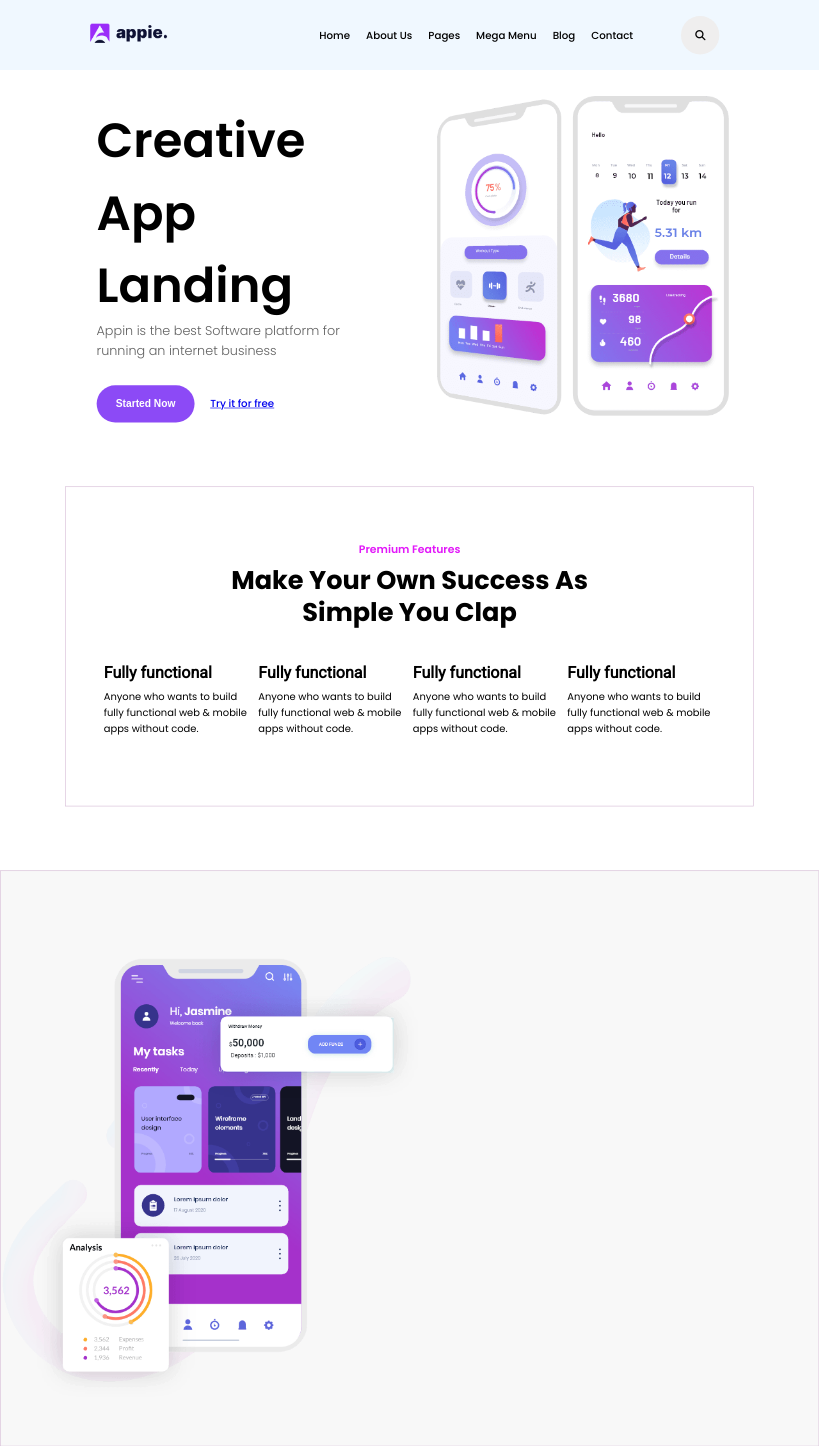
Repository: northpx/landingpage
Page: index.html
An editor plug-in stored every save of this project. The page is shown before and after the next save, followed by the edit.
The browser window is 1280 px wide. The pictures show the whole page, at 64% of full size.

Above is the page before, as saved 2022-12-28 15:33:48.

After the next save:
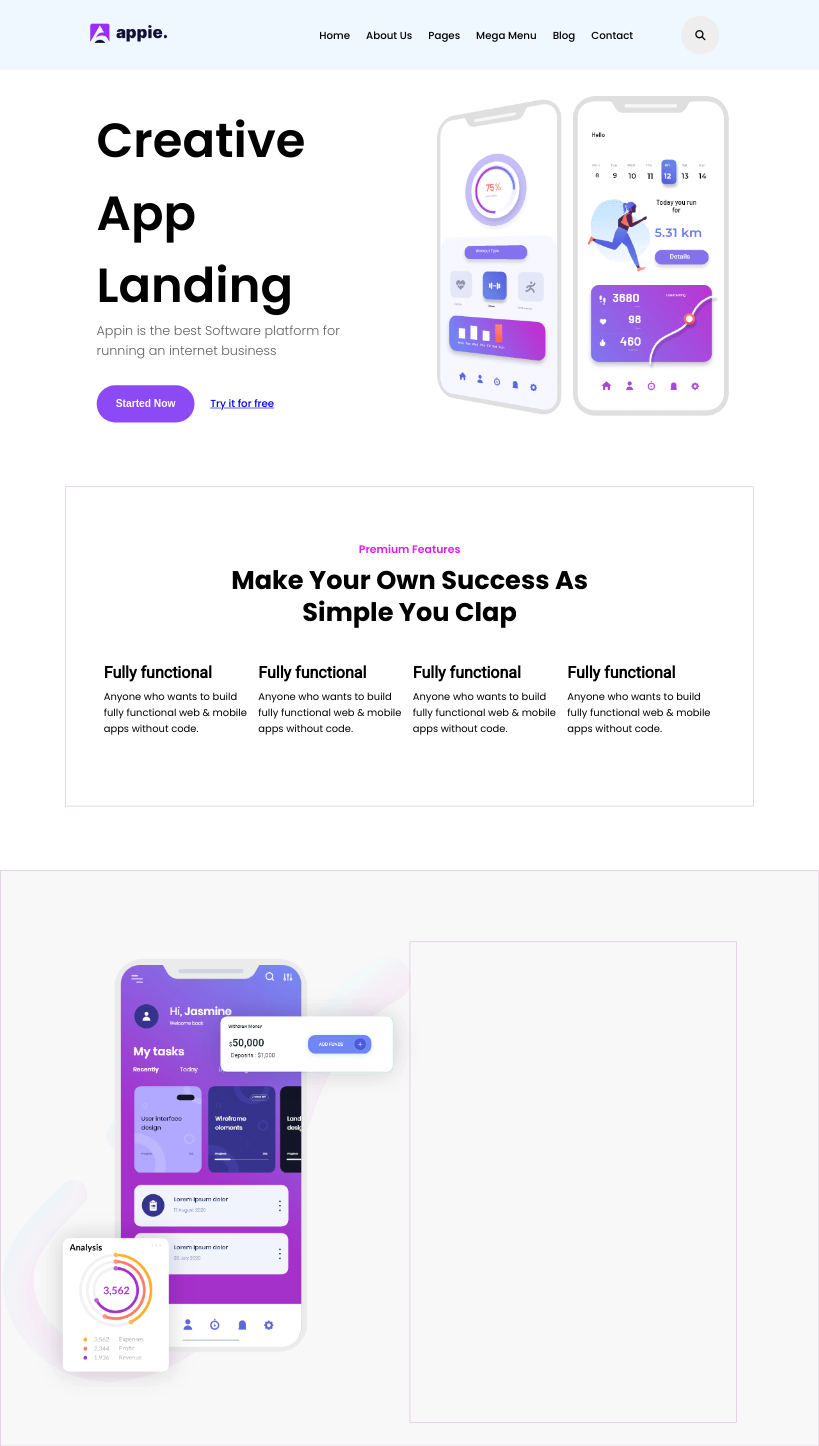
Saved 6 s later.
--- a/src/css/style.css
+++ b/src/css/style.css
@@ -223,5 +223,5 @@ h6{
 
 .section3_content{
     width: 50%;
-    border: 1so;
-}
+    border: 1px solid thistle;
+}
